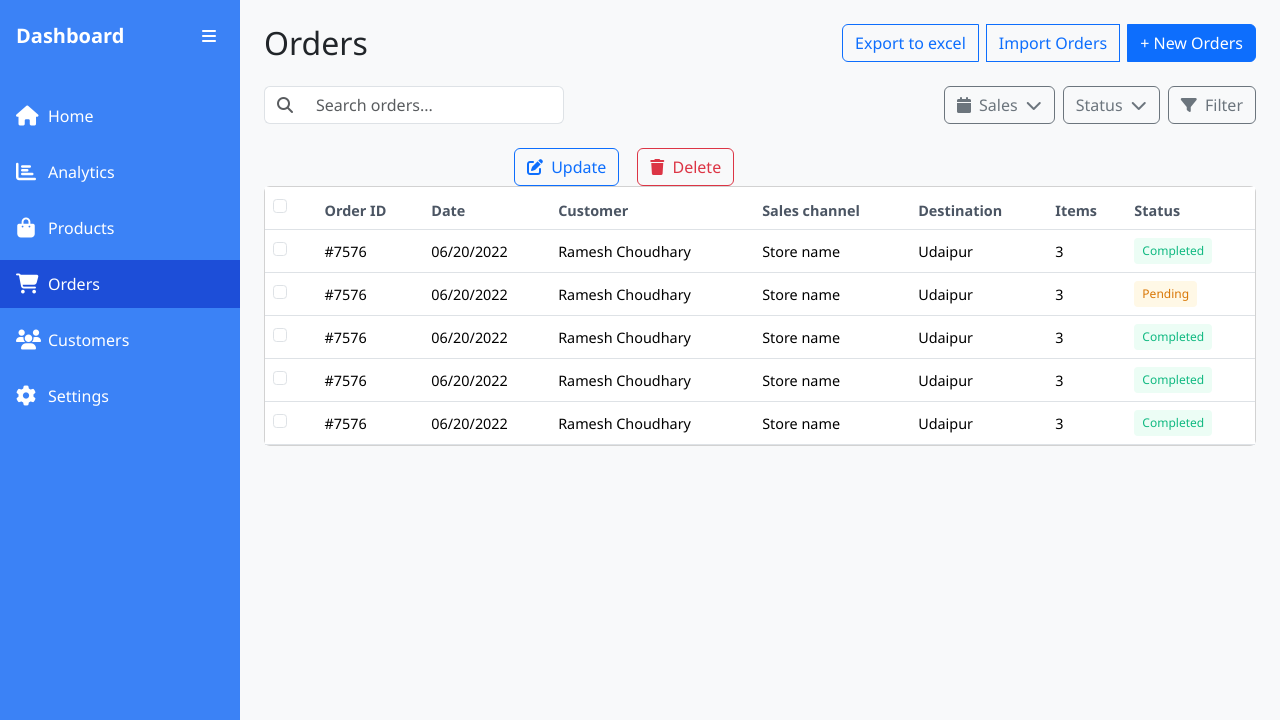
Repository: AditiAjitSalvi/Inventory_Managment
Page: Inventory_Managment_System/Inventory/src/main/webapp/Order.html
The author's editor kept a copy of each file at every save. The page is drawn from the files as they stood at one save, then again after the next save.
The browser window is 1280 px wide. The pictures show the whole page.

Above is the page before, as saved 2025-05-22 16:09:42.
Console error: TypeError: Cannot read properties of null (reading 'getContext')

After the next save:
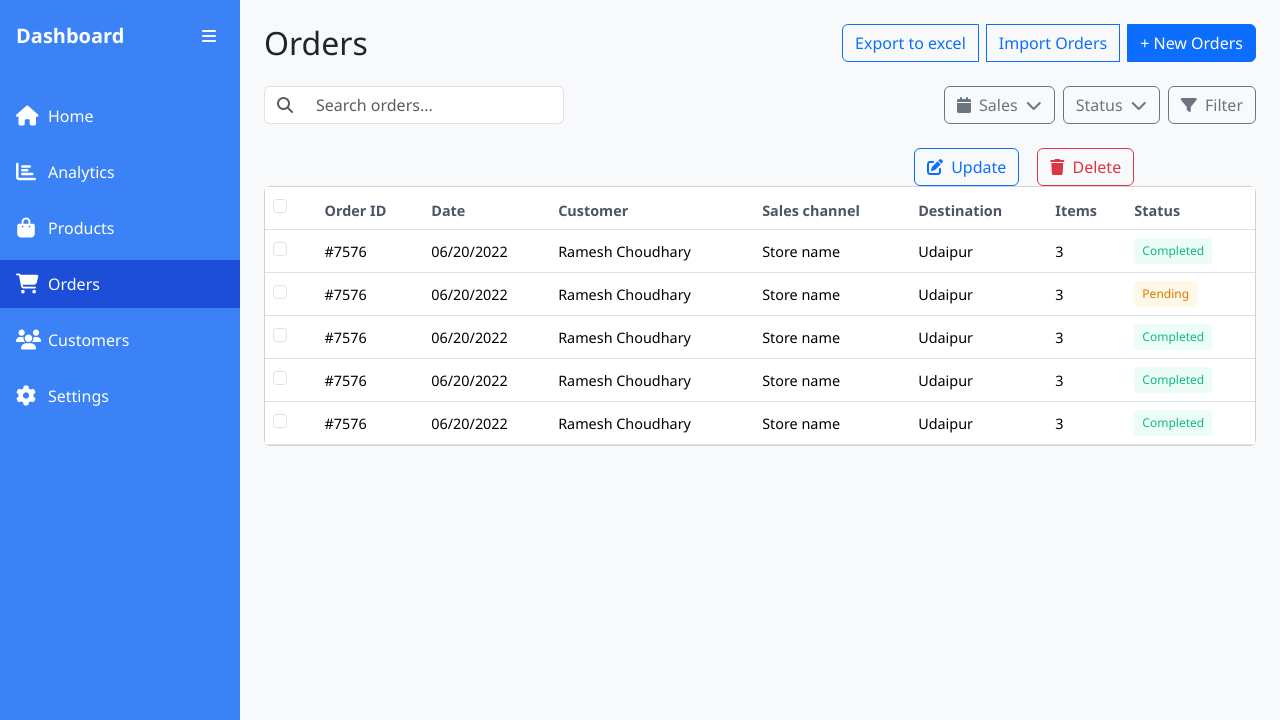
Saved 13 s later.
--- a/Inventory_Managment_System/Inventory/src/main/webapp/Order.html
+++ b/Inventory_Managment_System/Inventory/src/main/webapp/Order.html
@@ -318,7 +318,7 @@ body {
 					</div>
 				</div>
 				<div class="d-flex"
-					style="right: 50px; top: 150px; display: flex; gap: 10px;margin-left:250px;">
+					style="right: 50px; top: 150px; display: flex; gap: 10px;margin-left:650px;">
 					<button class="btn btn-outline-primary me-2">
 						<i class="fa fa-edit me-1"></i> <span>Update</span>
 					</button>
